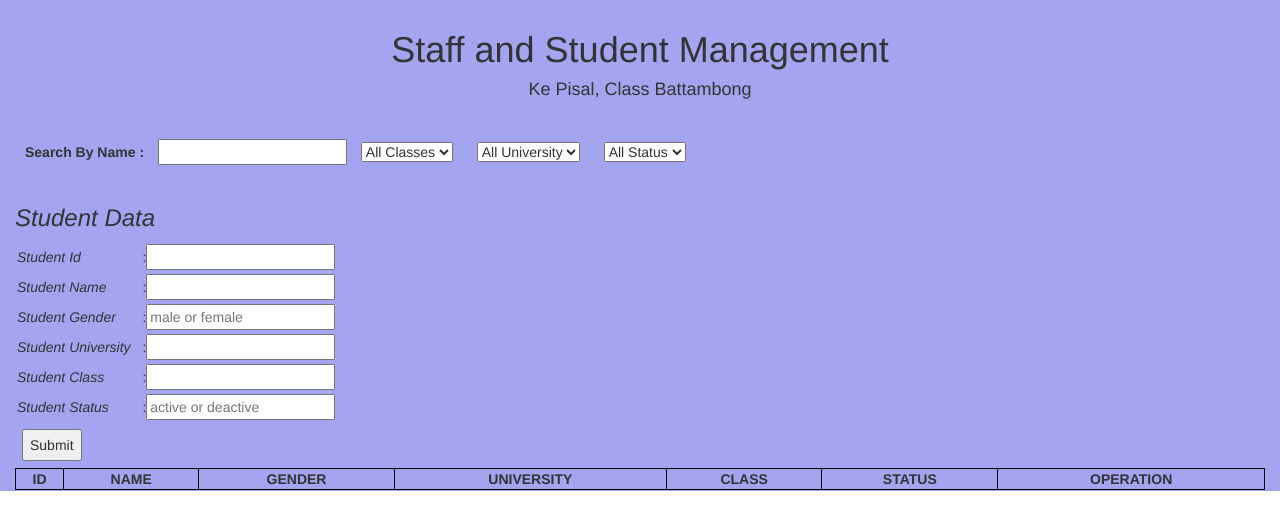
Repository: kepisal/ServletJAVA
Page: http://localhost/AjaxStaffandStudent/
The author's editor kept a copy of each file at every save. The page is drawn from the files as they stood at one save, then again after the next save.
The browser window is 1280 px wide. The pictures show the whole page.
The page is served by Tomcat 9. Queries for data that is not in the repository find no rows.

Above is the page before, as saved 2015-07-11 03:13:03.

After the next save:
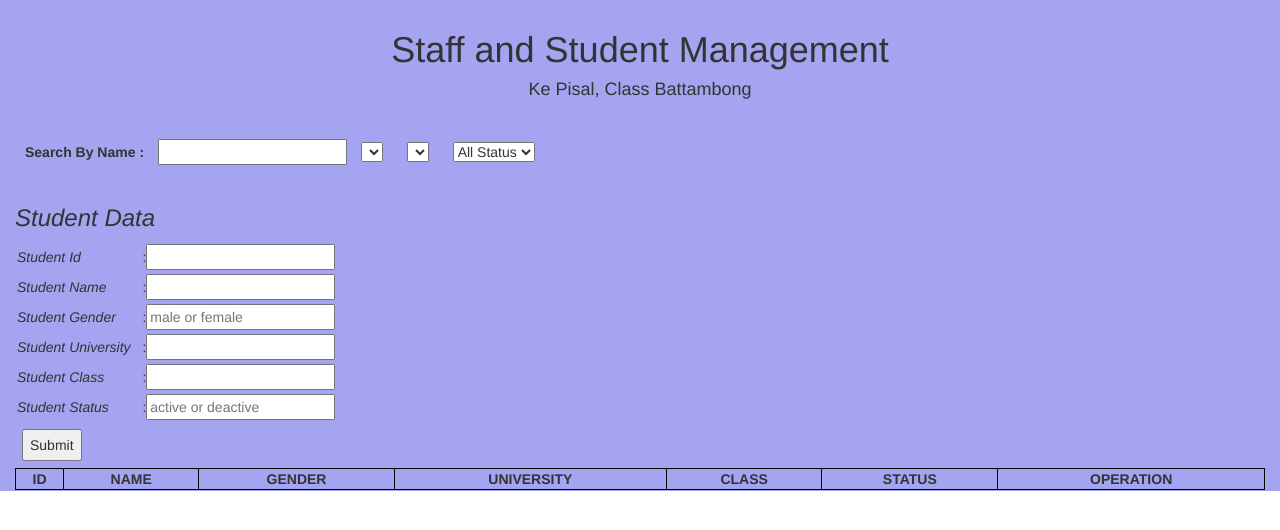
Console error: SyntaxError: Unexpected identifier 'String'
Saved 2 min 40 s later.
--- a/AjaxStaffandStudent/WebContent/js/script.js
+++ b/AjaxStaffandStudent/WebContent/js/script.js
@@ -251,5 +251,17 @@
 		stu_id : stuid
 	}, function(data) {
 
-	});
-}
+		private String stuid;
+		private String stuname;
+		private int gender;
+		private String unversity;
+		private String classes;
+		private int status;
+		$("#txtinputid").val(data.stuid);
+		$("#txtinputid").val(data.stuname);
+		$("#txtinputid").val(data.stuid);
+		$("#txtinputid").val(data.stuid);
+		$("#txtinputid").val(data.stuid);
+		$("#txtinputid").val(data.stuid);
+	});
+}

After the 4 saves that followed:
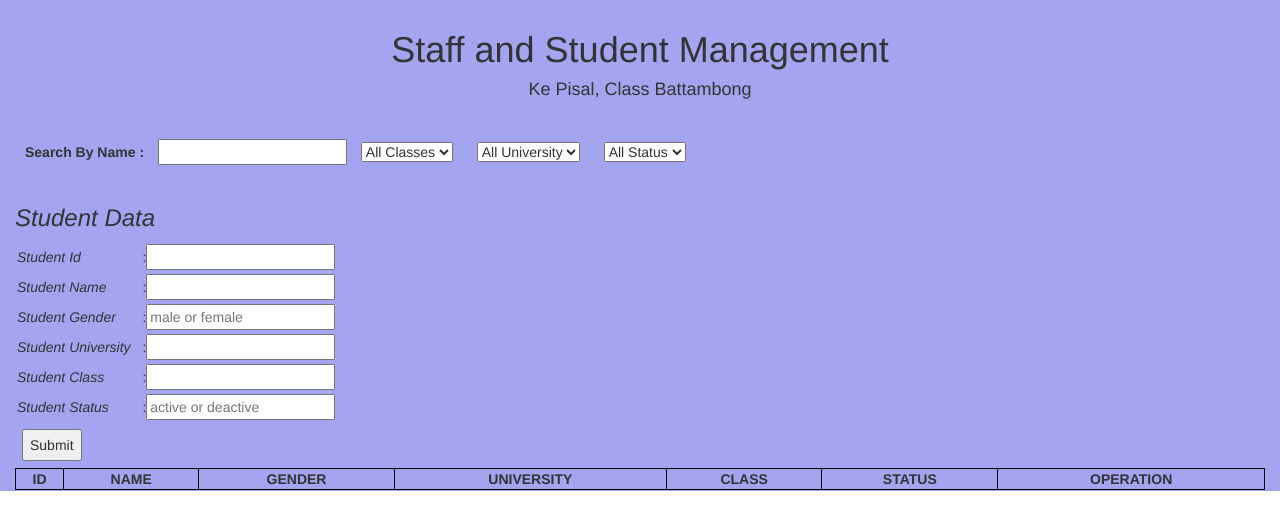
The error is gone.
The 4 saves are shown as one change because 3 left the picture as it was.
The last was saved 43 s later.
--- a/AjaxStaffandStudent/WebContent/js/script.js
+++ b/AjaxStaffandStudent/WebContent/js/script.js
@@ -250,18 +250,11 @@
 	$.post("viewobject.hrd", {
 		stu_id : stuid
 	}, function(data) {
-
-		private String stuid;
-		private String stuname;
-		private int gender;
-		private String unversity;
-		private String classes;
-		private int status;
 		$("#txtinputid").val(data.stuid);
-		$("#txtinputid").val(data.stuname);
-		$("#txtinputid").val(data.stuid);
-		$("#txtinputid").val(data.stuid);
-		$("#txtinputid").val(data.stuid);
-		$("#txtinputid").val(data.stuid);
-	});
-}
+		$("#txtinputname").val(data.stuname);
+		$("#txtinputgender").val(data.gender);
+		$("#txtinputuniversity").val(data.unversity);
+		$("#txtinputclass").val(data.classes);
+		$("#txtinputstatus").val(data.status);
+	});
+}
